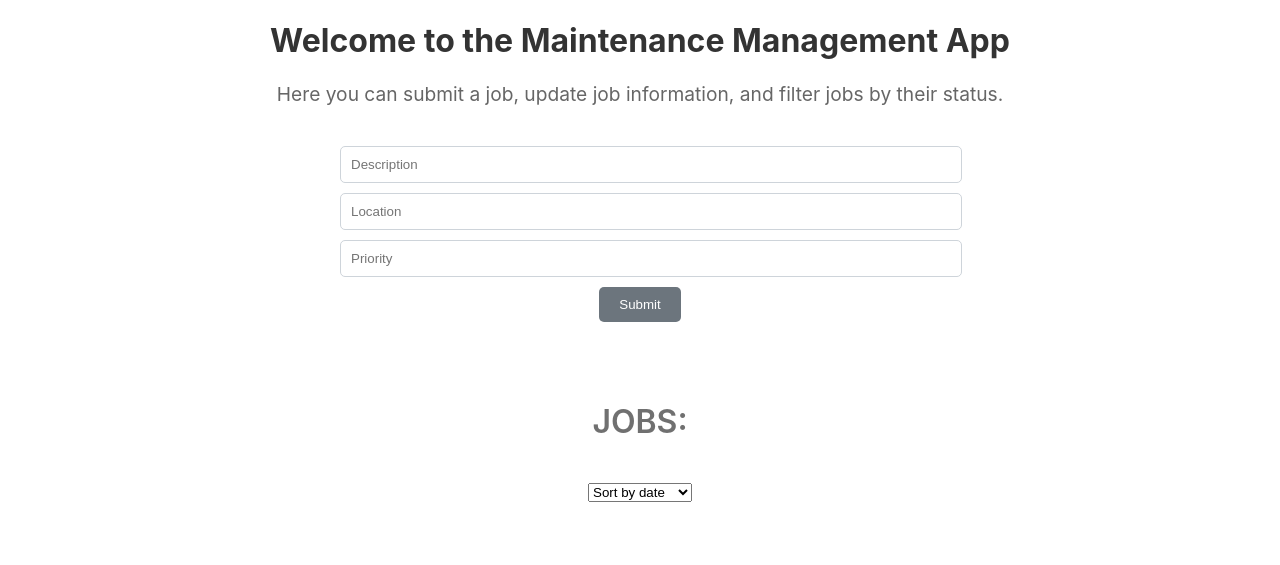
Repository: mikasteyn999/Maintenance-Manager-App
Page: / (app in frontend/)
The author's editor kept a copy of each file at every save. The page is drawn from the files as they stood at one save, then again after the next save.
The browser window is 1280 px wide. The pictures show the whole page.
The page's requests for data from a server got no answer. The project was rebuilt for these pictures with package versions that can differ from the ones it lists, and the page was loaded fresh each time. No one was signed in, and anything a server would have sent is missing. Also part of the build but not shown: frontend/src/style/Job.css, frontend/src/components/Job.js.

Above is the page before, as saved 2023-06-01 10:20:20.

### frontend/src/App.js
// Import necessary libraries and components
import React from 'react';
import Router from './Router';
import './style/App.css'

// Define the App component
// This component uses the Router component to handle routing
const App = () => {
  return (
    <div className="app">
      <h1 className="app-title">Welcome to the Maintenance Management App</h1> {/* Welcome title */}
      <p className="app-instructions">Here you can submit a job, update job information, and filter jobs by their status.</p> {/* Instructions */}
      <Router /> {/* Use Router component for handling routes */}
    </div>
  );
}

// Export the App component
export default App;

### frontend/src/Router.js
// Import necessary libraries and components
import React from 'react';
import { BrowserRouter as Router, Route, Routes } from 'react-router-dom';
import Home from './components/Home';
import JobForm from './components/JobForm';
import JobsList from './components/JobsList';

// Define the Router component
// This component defines the routes for the React app
// The Home component (which contains both the JobForm and JobsList components) is displayed when the path is exactly "/"
// The JobForm component is displayed when the path is "/submit"
// The JobsList component is displayed when the path is "/jobs"
const AppRouter = () => {
    return (
        <Router>
            <Routes>
                <Route path="/" element={<Home />} /> {/* Home route */}
                <Route path="/submit" element={<JobForm />} /> {/* Job submission route */}
                <Route path="/jobs" element={<JobsList />} /> {/* Jobs listing route */}
            </Routes>
        </Router>
    );
};

// Export the Router component
export default AppRouter;

### frontend/src/style/App.css
/* App.css */

.app {
  text-align: center;
}

.app-title {
  font-size: 2em;
  color: #333;
  text-align: center;
}

.app-instructions {
  font-size: 1.2em;
  color: #666;
  margin-bottom: 20px;
  text-align: center;
}

/* style the form container */
.app .job-form {
  max-width: 600px;  /* limit the width */
  margin: 0 auto;   /* center the form */
  padding: 20px;    /* add some padding */
}

/* style the jobs list container */
.app .jobs-list {
  max-width: 800px;  /* limit the width */
  margin: 0 auto;   /* center the jobs list */
  padding: 20px;    /* add some padding */
}

### frontend/src/components/Home.js
// Import necessary components
import React from 'react';
import JobForm from './JobForm';
import JobsList from './JobsList';

// Define the Home component
// This component contains the job submission form and job listings
const Home = () => {
  return (
    <div className="home">
      <JobForm /> {/* Job submission form */}
      <JobsList /> {/* Job listings */}
    </div>
  );
}

// Export the Home component
export default Home;

### frontend/src/components/JobForm.js
// Import React
import React, { useState } from 'react';
import '../style/JobForm.css'; // Import the CSS

// Define the JobForm component. This component will contain a form that allows users to submit a new job.
// The component has a local state, job, which is updated every time the user types in one of the form inputs.
// The handleChange function updates the job state.
// The handleSubmit function makes a POST request to the /jobs route to submit the new job.
const JobForm = () => {
    const [job, setJob] = useState({ description: '', location: '', priority: '' });

    const handleChange = (e) => {
      setJob({ ...job, [e.target.name]: e.target.value });
    };

    const handleSubmit = async (e) => {
      e.preventDefault();
      const response = await fetch('/jobs', {
        method: 'POST',
        headers: {
          'Content-Type': 'application/json',
        },
        body: JSON.stringify(job),
      });
      const data = await response.json();
      console.log(data);
    };

    return (
      <form className="job-form" onSubmit={handleSubmit}>
        <input type="text" name="description" value={job.description} onChange={handleChange} placeholder="Description" />
        <input type="text" name="location" value={job.location} onChange={handleChange} placeholder="Location" />
        <input type="text" name="priority" value={job.priority} onChange={handleChange} placeholder="Priority" />
        <button type="submit">Submit</button>
      </form>
    );
  };

  export default JobForm;

### frontend/src/components/JobsList.js
//Import react & job component
import React, { useEffect, useState } from 'react';
import Job from './Job';
import '../style/JobsList.css';

// Define the JobsList component. This component will fetch a list of jobs from the server and display each one using the Job component.
// The component has a local state, jobs, which is an array of jobs.
// The useEffect hook is used to fetch the jobs when the component is first rendered.
// The fetchJobs function makes a GET request to the /jobs route to fetch the list of jobs.
// Each job is then displayed using the Job component.
const JobsList = () => {
    const [jobs, setJobs] = useState([]);
    const [sortOrder, setSortOrder] = useState("date"); // Add state for sort order. By default, it's set to 'date'

    useEffect(() => {
      const fetchJobs = async () => {
        const response = await fetch(`http://localhost:5000/api/jobs?sort=${sortOrder}`); // Update API call to include sort order
        const data = await response.json();
        setJobs(data);
      };
      fetchJobs();
    }, [sortOrder]); // Update useEffect dependency array to include sortOrder. This means the useEffect callback will run whenever sortOrder changes.

    const handleSortChange = (event) => {
      setSortOrder(event.target.value); // When user selects a new sort order, update the sortOrder state
    };

    return (
      <div className='jobs-list'>
        <div className='jobs-header'>JOBS:</div>
        <select className='select' value={sortOrder} onChange={handleSortChange}> {/* Add select element for sort order */}
          <option value="date">Sort by date</option>
          <option value="status">Sort by status</option>
        </select>
        {jobs.map((job) => (
          <Job key={job._id} job={job} />
        ))}
      </div>
    );
};

export default JobsList;

### frontend/src/style/JobForm.css
.job-form {
    margin-bottom: 20px;
}

.job-form input {
    display: block;
    width: 100%;
    padding: 10px;
    margin-bottom: 10px;
    border: 1px solid #ced4da;
    border-radius: 5px;
}

.job-form button {
    padding: 10px 20px;
    border: none;
    border-radius: 5px;
    background-color: #6c757d;
    color: #fff;
    cursor: pointer;
}

### frontend/src/style/JobsList.css
.jobs-list {
    max-width: 600px;
    margin: 0 auto;
    padding: 20px;
}

.jobs-header {
    font-size: xx-large;
    padding: 5%;
    font-weight: 600;
    color: rgb(112, 112, 112);
}

/* Style the select element */
.select-sort {
    width: 200px;
    height: 40px;
    border: none;
    border-radius: 5px;
    padding: 5px 10px;
    margin-bottom: 20px;
    box-shadow: 0 3px 6px 0 rgba(0,0,0,0.16);
    font-size: 16px;
    color: #333;
    background-color: #f2f2f2;
    transition: background-color 0.3s ease;
}

/* Style the options inside the select element */
.select-sort option {
    color: #333;
    background-color: #f2f2f2;
}

/* Change the background color of the select when it's focused */
.select-sort:focus {
    background-color: #e6e6e6;
}

Loaded but not shown: frontend/public/index.html (common file); frontend/src/index.js (common file); frontend/src/index.css (common file); frontend/src/reportWebVitals.js (common file)

After the next save:
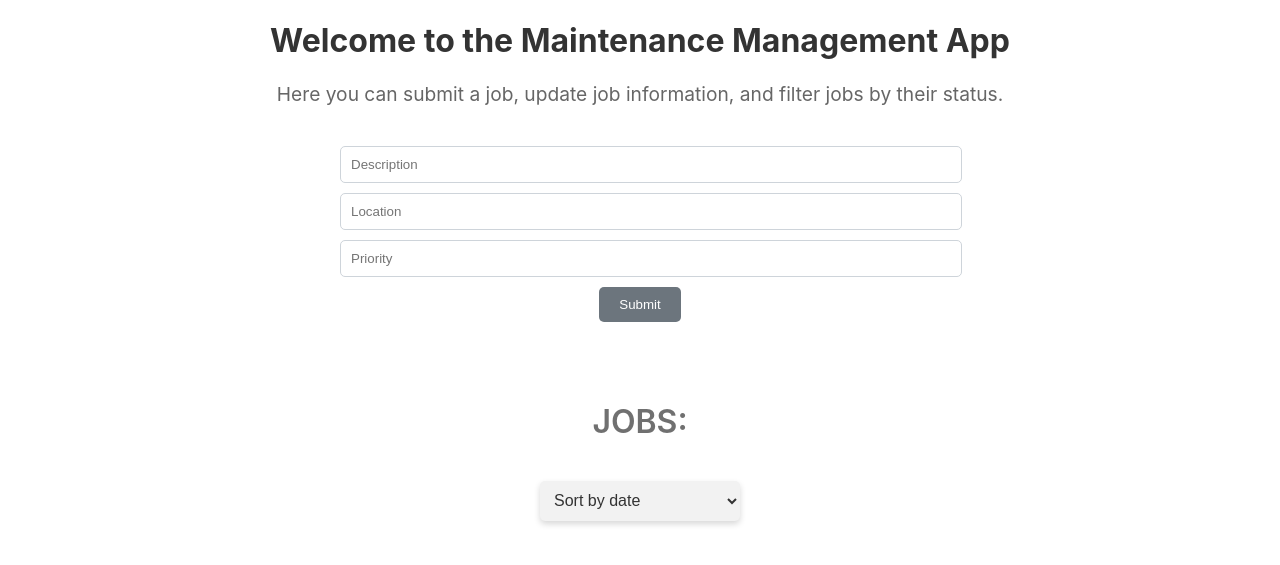
Saved 10 s later.
--- a/frontend/src/components/JobsList.js
+++ b/frontend/src/components/JobsList.js
@@ -28,7 +28,7 @@ const JobsList = () => {
     return (
       <div className='jobs-list'>
         <div className='jobs-header'>JOBS:</div>
-        <select className='select' value={sortOrder} onChange={handleSortChange}> {/* Add select element for sort order */}
+        <select className='select-sort' value={sortOrder} onChange={handleSortChange}> {/* Add select element for sort order */}
           <option value="date">Sort by date</option>
           <option value="status">Sort by status</option>
         </select>
